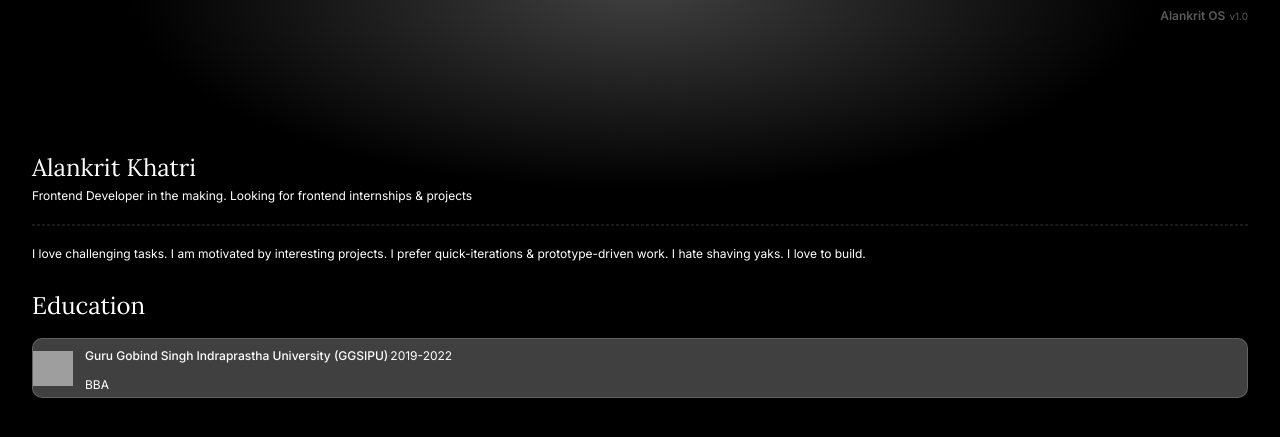
Repository: alankritkhatri/alankrit.xyz
Page: /
These files come from the project's save history. The page is drawn as it stood at one moment and after a run of saves; the edit follows.
The browser window is 1280 px wide. The pictures show the whole page.
Pictures or frames that could not be fetched are drawn as grey boxes. The project was rebuilt for these pictures with package versions that can differ from the ones it lists, and the page was loaded fresh each time. Also part of the build but not shown: vite.config.js, src/blog.jsx.

Above is the page before, as saved 2024-08-11 21:29:19.

After the next 2 saves:
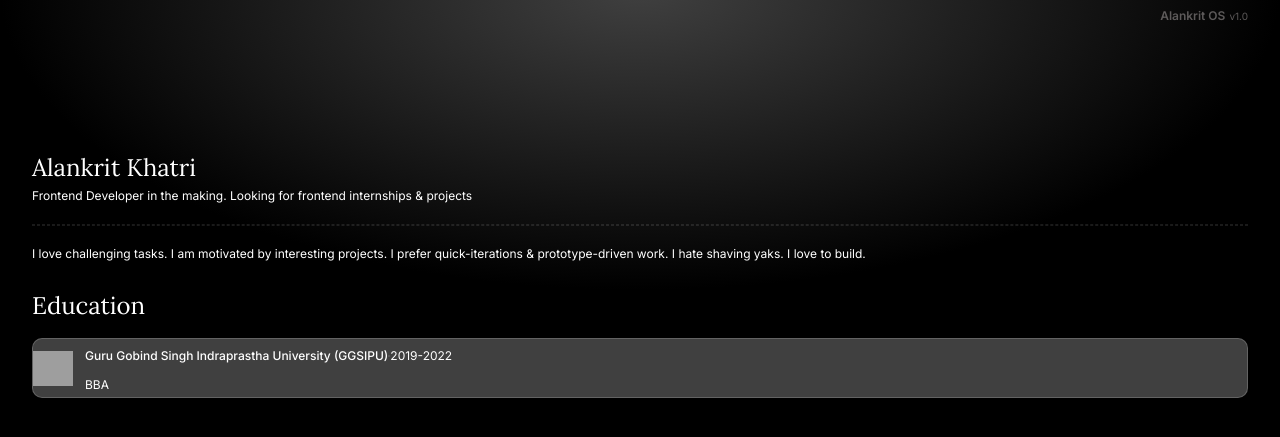
The 2 saves are shown as one change because they came seconds apart.
The last was saved 8 s later.
--- a/src/App.css
+++ b/src/App.css
@@ -7,7 +7,7 @@
 
 body,html{
   min-height: 100vh;
-background: radial-gradient(40% 200px at 50% -10px, #404040, #000000);
+background: radial-gradient(50% 300px at 50% -10px, #404040, #000000);
 background-repeat: no-repeat;
 }
 .main {

After the 2 saves that followed:
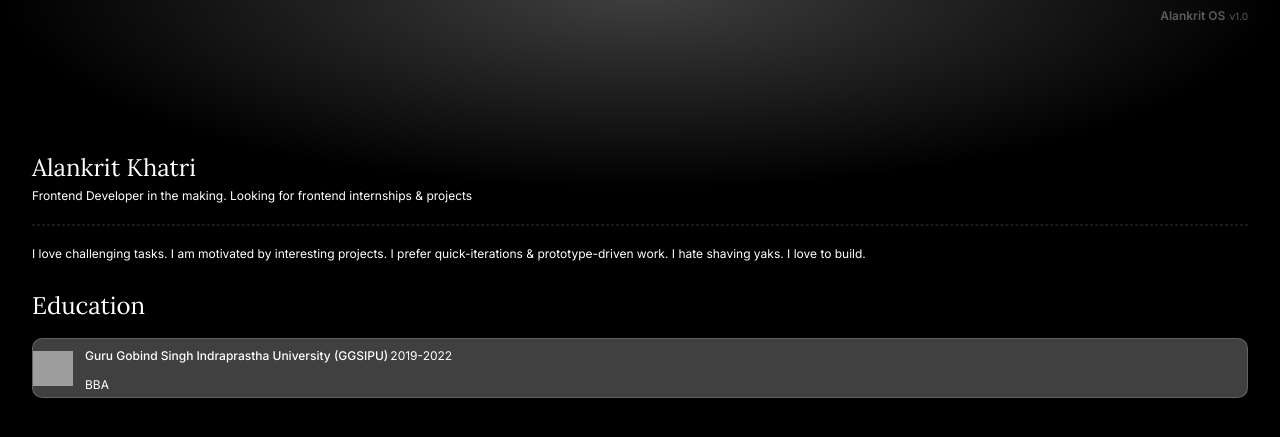
The 2 saves are shown as one change because they came seconds apart.
The last was saved 6 s later.
--- a/src/App.css
+++ b/src/App.css
@@ -7,7 +7,7 @@
 
 body,html{
   min-height: 100vh;
-background: radial-gradient(50% 300px at 50% -10px, #404040, #000000);
+background: radial-gradient(50% 200px at 50% -10px, #404040, #000000);
 background-repeat: no-repeat;
 }
 .main {
